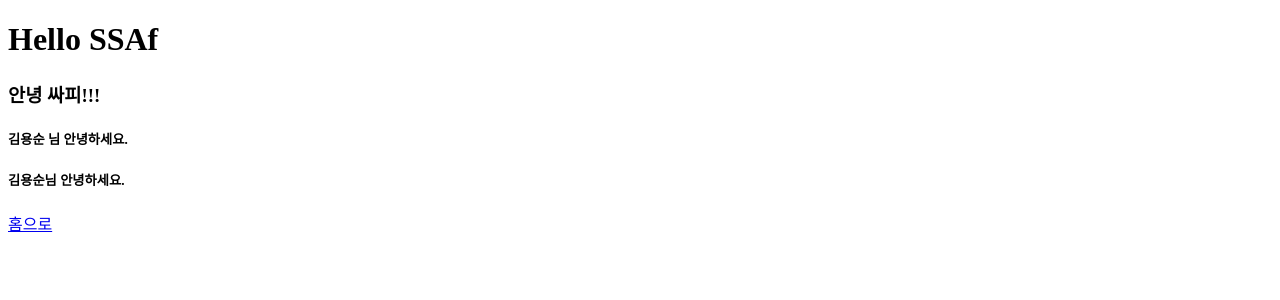
Repository: s00ngle/SSAFY-BE
Page: http://localhost/basic_jsp/hello.jsp
An editor plug-in stored every save of this project. The page is shown before and after the next save, followed by the edit.
The browser window is 1280 px wide. The pictures show the whole page.
The page is served by Tomcat 9.

Above is the page before, as saved 2024-09-24 01:25:12.

After the next save:
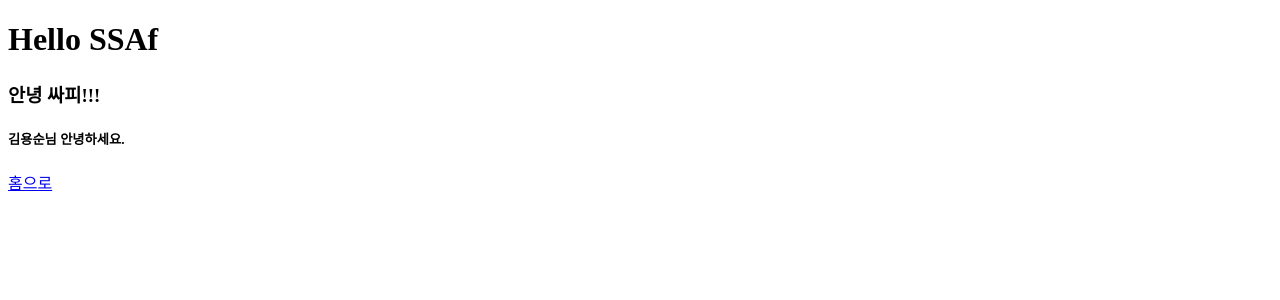
Saved 69 s later.
--- a/basic_jsp/src/main/webapp/hello.jsp
+++ b/basic_jsp/src/main/webapp/hello.jsp
@@ -14,7 +14,7 @@
 <body>
 	<h1>Hello SSAf</h1>
 	<h3>안녕 싸피!!!</h3>
-	<h5><% out.println(name); %>님 안녕하세요.</h5>
+	<!-- h5><% out.println(name); %>님 안녕하세요.</h5-->
 	<h5><%= name %>님 안녕하세요.</h5>
 	<a href="/basic_jsp/index.jsp">홈으로</a>
 </body>

After the save that followed:
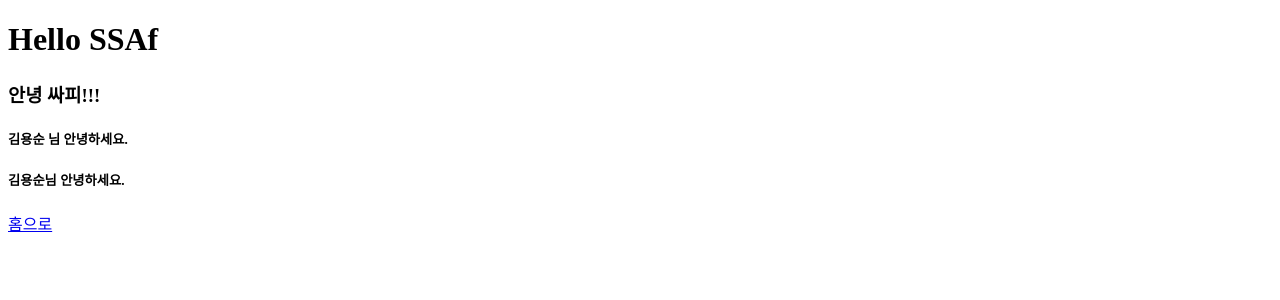
Saved 5 s later.
--- a/basic_jsp/src/main/webapp/hello.jsp
+++ b/basic_jsp/src/main/webapp/hello.jsp
@@ -14,7 +14,7 @@
 <body>
 	<h1>Hello SSAf</h1>
 	<h3>안녕 싸피!!!</h3>
-	<!-- h5><% out.println(name); %>님 안녕하세요.</h5-->
+	<h5><% out.println(name); %>님 안녕하세요.</h5>
 	<h5><%= name %>님 안녕하세요.</h5>
 	<a href="/basic_jsp/index.jsp">홈으로</a>
 </body>
